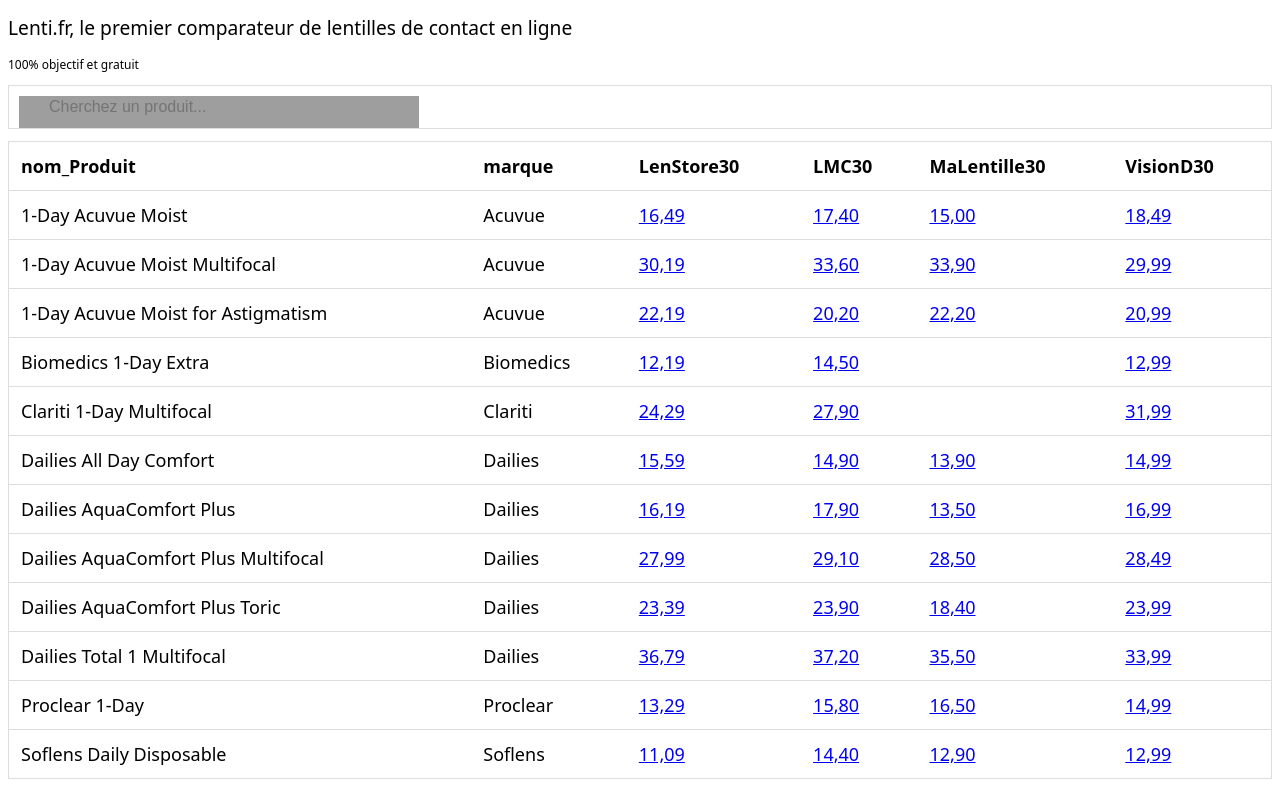
Repository: franklinliot/lenti
Page: indexUltime.html
An editor plug-in stored every save of this project. The page is shown before and after the next save, followed by the edit.
The browser window is 1280 px wide. The pictures show the whole page.
Pictures or frames that could not be fetched are drawn as grey boxes.

Above is the page before, as saved 2021-06-17 16:05:16.

### indexUltime.html
<!DOCTYPE html>
<html>
  <head>
    <meta name="viewport" content="width=device-width, initial-scale=1" />
    <style>
      * {
        box-sizing: border-box;
      }

      #myInput {
        background-image: url("/css/searchicon.png");
        background-position: 10px 10px;
        background-repeat: no-repeat;
        width: 100%;
        font-size: 16px;
        padding: 12px 20px 12px 40px;
        border: 1px solid #ddd;
        margin-bottom: 12px;
      }

      #myTable {
        border-collapse: collapse;
        width: 100%;
        border: 1px solid #ddd;
        font-size: 18px;
      }

      #myTable th,
      #myTable td {
        text-align: left;
        padding: 12px;
      }

      #myTable tr {
        border-bottom: 1px solid #ddd;
      }

      #myTable tr.header,
      #myTable tr:hover {
        background-color: #f1f1f1;
      }

      body {
        font-family: "sans", Arial, sans-serif;
        font-size: 75%;
      }

      h2 {
        color: var(--heading-color);
        font-size: 1.6em;
        font-weight: normal;
        line-height: 1.25em;
        margin-bottom: 16px;
      }
    </style>
    <script>
      window.onload = function () {
        function a(a, b) {
          var c = /^(?:file):/,
            d = new XMLHttpRequest(),
            e = 0;
          d.onreadystatechange = function () {
            4 == d.readyState && (e = d.status),
              c.test(location.href) && d.responseText && (e = 200),
              4 == d.readyState && 200 == e && (a.outerHTML = d.responseText);
          };
          try {
            d.open("GET", b, !0), d.send();
          } catch (f) {}
        }
        var b,
          c = document.getElementsByTagName("*");
        for (b in c)
          c[b].hasAttribute &&
            c[b].hasAttribute("data-include") &&
            a(c[b], c[b].getAttribute("data-include"));
      };
    </script>
    <script>
      const getCellValue = (tr, idx) =>
        tr.children[idx].innerText || tr.children[idx].textContent;

      const comparer = (idx, asc) => (a, b) =>
        ((v1, v2) =>
          v1 !== "" && v2 !== "" && !isNaN(v1) && !isNaN(v2)
            ? v1 - v2
            : v1.toString().localeCompare(v2))(
          getCellValue(asc ? a : b, idx),
          getCellValue(asc ? b : a, idx)
        );

      // do the work...
      document.querySelectorAll("th").forEach((th) =>
        th.addEventListener("click", () => {
          const table = th.closest("table");
          Array.from(table.querySelectorAll("tr:nth-child(n+2)"))
            .sort(
              comparer(
                Array.from(th.parentNode.children).indexOf(th),
                (this.asc = !this.asc)
              )
            )
            .forEach((tr) => table.appendChild(tr));
        })
      );
    </script>
  </head>
  <body>
    <h2>Lenti.fr, le premier comparateur de lentilles de contact en ligne</h2>
    <p>100% objectif et gratuit</p>

    <input
      type="text"
      id="myInput"
      onkeyup="myFunction()"
      placeholder="Cherchez un produit..."
      title="Entrez un produit"
    />

    <div data-include="data/ultime/ultime.html"></div>
    <script>
      function myFunction() {
        var input, filter, table, tr, td, i, txtValue;
        input = document.getElementById("myInput");
        filter = input.value.toUpperCase();
        table = document.getElementById("myTable");
        tr = table.getElementsByTagName("tr");
        for (i = 0; i < tr.length; i++) {
          td = tr[i].getElementsByTagName("td")[0];
          if (td) {
            txtValue = td.textContent || td.innerText;
            if (txtValue.toUpperCase().indexOf(filter) > -1) {
              tr[i].style.display = "";
            } else {
              tr[i].style.display = "none";
            }
          }
        }
      }
    </script>
  </body>
</html>

### data/ultime/ultime.html
<table id="myTable">
    <thead><tr><th title="Field #1">nom_Produit</th>
    <th title="Field #2">marque</th>
    <th title="Field #3">LenStore30</th>
    <th title="Field #4">LMC30</th>
    <th title="Field #5">MaLentille30</th>
    <th title="Field #6">VisionD30</th>
    </tr></thead>
    <tbody><tr>
    <td>1-Day Acuvue Moist</td>
    <td>Acuvue</td>
    <td><a href="https://www.lenstore.fr/lentilles-de-contact/p13/1-day-acuvue-moist" rel="noopener noreferrer" target="_blank"><span class="u-price">16,49</span></a></td>
    <td><a href="https://www.lentillesmoinscheres.com/lentilles-de-contact/journalieres/lentilles-1-day-acuvue-moist-30.html" rel="noopener noreferrer" target="_blank">17,40</a></td>
    <td><a href="https://www.malentille.com/lentilles-de-contact-22/121-1-day-acuvue-moist-30.html" rel="noopener noreferrer" target="_blank">15,00</a></td>
    <td><a href="https://www.visiondirect.fr/1-day-acuvue-moist" rel="noopener noreferrer" target="_blank">18,49</a></td>
    </tr>
    <tr>
    <td>1-Day Acuvue Moist Multifocal</td>
    <td>Acuvue</td>
    <td><a href="https://www.lenstore.fr/lentilles-de-contact/p250/1-day-acuvue-moist-multifocal" rel="noopener noreferrer" target="_blank"><span class="u-price">30,19</span></a></td>
    <td><a href="https://www.lentillesmoinscheres.com/lentilles-de-contact/journalieres/lentilles-1-day-acuvue-moist-multifocal-30.html" rel="noopener noreferrer" target="_blank">33,60</a></td>
    <td><a href="https://www.malentille.com/lentilles-de-contact-22/267-1-day-acuvue-moist-multifocal-30.html" rel="noopener noreferrer" target="_blank">33,90</a></td>
    <td><a href="https://www.visiondirect.fr/1-day-acuvue-moist-multifocal" rel="noopener noreferrer" target="_blank">29,99</a></td>
    </tr>
    <tr>
    <td>1-Day Acuvue Moist for Astigmatism</td>
    <td>Acuvue</td>
    <td><a href="https://www.lenstore.fr/lentilles-de-contact/p106/1-day-acuvue-moist-for-astigmatism" rel="noopener noreferrer" target="_blank"><span class="u-price">22,19</span></a></td>
    <td><a href="https://www.lentillesmoinscheres.com/lentilles-de-contact/journalieres/lentilles-1-day-acuvue-moist-for-astigmatism-30.html" rel="noopener noreferrer" target="_blank">20,20</a></td>
    <td><a href="https://www.malentille.com/lentilles-de-contact-22/225-1-day-acuvue-moist-for-astigmatism.html" rel="noopener noreferrer" target="_blank">22,20</a></td>
    <td><a href="https://www.visiondirect.fr/1-day-acuvue-moist-for-astigmatism" rel="noopener noreferrer" target="_blank">20,99</a></td>
    </tr>
    <tr>
    <td>Biomedics 1-Day Extra</td>
    <td>Biomedics</td>
    <td><a href="https://www.lenstore.fr/lentilles-de-contact/p200/biomedics-1-day-extra" rel="noopener noreferrer" target="_blank"><span class="u-price">12,19</span></a></td>
    <td><a href="https://www.lentillesmoinscheres.com/lentilles-de-contact/journalieres/lentilles-biomedics-1-day-extra-30.html" rel="noopener noreferrer" target="_blank">14,50</a></td>
    <td> </td>
    <td><a href="https://www.visiondirect.fr/biomedics-1-day-extra" rel="noopener noreferrer" target="_blank">12,99</a></td>
    </tr>
    <tr>
    <td>Clariti 1-Day Multifocal</td>
    <td>Clariti</td>
    <td><a href="https://www.lenstore.fr/lentilles-de-contact/p217/clariti-1-day-multifocal" rel="noopener noreferrer" target="_blank"><span class="u-price">24,29</span></a></td>
    <td><a href="https://www.lentillesmoinscheres.com/lentilles-de-contact/journalieres/lentilles-clariti-1-day-multifocal-30.html" rel="noopener noreferrer" target="_blank">27,90</a></td>
    <td> </td>
    <td><a href="https://www.visiondirect.fr/clariti-1-day-multifocal" rel="noopener noreferrer" target="_blank">31,99</a></td>
    </tr>
    <tr>
    <td>Dailies All Day Comfort</td>
    <td>Dailies</td>
    <td><a href="https://www.lenstore.fr/lentilles-de-contact/p8/focus-dailies-all-day-comfort" rel="noopener noreferrer" target="_blank"><span class="u-price">15,59</span></a></td>
    <td><a href="https://www.lentillesmoinscheres.com/lentilles-de-contact/journalieres/lentilles-dailies-all-day-comfort-30.html" rel="noopener noreferrer" target="_blank">14,90</a></td>
    <td><a href="https://www.malentille.com/lentilles-de-contact-22/108-dailies-all-day-comfort-30-0630175475947.html" rel="noopener noreferrer" target="_blank">13,90</a></td>
    <td><a href="https://www.visiondirect.fr/focus-dailies-all-day-comfort" rel="noopener noreferrer" target="_blank">14,99</a></td>
    </tr>
    <tr>
    <td>Dailies AquaComfort Plus</td>
    <td>Dailies</td>
    <td><a href="https://www.lenstore.fr/lentilles-de-contact/p5/dailies-aquacomfort-plus" rel="noopener noreferrer" target="_blank"><span class="u-price">16,19</span></a></td>
    <td><a href="https://www.lentillesmoinscheres.com/lentilles-de-contact/journalieres/lentilles-dailies-aquacomfort-plus-30.html" rel="noopener noreferrer" target="_blank">17,90</a></td>
    <td><a href="https://www.malentille.com/lentilles-de-contact-22/183-dailies-aquacomfort-plus-30.html" rel="noopener noreferrer" target="_blank">13,50</a></td>
    <td><a href="https://www.visiondirect.fr/dailies-aquacomfort-plus" rel="noopener noreferrer" target="_blank">16,99</a></td>
    </tr>
    <tr>
    <td>Dailies AquaComfort Plus Multifocal</td>
    <td>Dailies</td>
    <td><a href="https://www.lenstore.fr/lentilles-de-contact/p234/dailies-aquacomfort-plus-multifocal" rel="noopener noreferrer" target="_blank"><span class="u-price">27,99</span></a></td>
    <td><a href="https://www.lentillesmoinscheres.com/lentilles-de-contact/journalieres/lentilles-dailies-aquacomfort-plus-multifocal-30.html" rel="noopener noreferrer" target="_blank">29,10</a></td>
    <td><a href="https://www.malentille.com/lentilles-de-contact-22/255-dailies-aquacomfort-plus-multifocal.html" rel="noopener noreferrer" target="_blank">28,50</a></td>
    <td><a href="https://www.visiondirect.fr/dailies-aquacomfort-plus-multifocal" rel="noopener noreferrer" target="_blank">28,49</a></td>
    </tr>
    <tr>
    <td>Dailies AquaComfort Plus Toric</td>
    <td>Dailies</td>
    <td><a href="https://www.lenstore.fr/lentilles-de-contact/p233/dailies-aquacomfort-plus-toric" rel="noopener noreferrer" target="_blank"><span class="u-price">23,39</span></a></td>
    <td><a href="https://www.lentillesmoinscheres.com/lentilles-de-contact/journalieres/lentilles-dailies-aquacomfort-plus-toric-30.html" rel="noopener noreferrer" target="_blank">23,90</a></td>
    <td><a href="https://www.malentille.com/lentilles-de-contact-22/268-dailies-aquacomfort-plus-toric-30-lentiles.html" rel="noopener noreferrer" target="_blank">18,40</a></td>
    <td><a href="https://www.visiondirect.fr/dailies-aquacomfort-plus-toric" rel="noopener noreferrer" target="_blank">23,99</a></td>
    </tr>
    <tr>
    <td>Dailies Total 1 Multifocal</td>
    <td>Dailies</td>
    <td><a href="https://www.lenstore.fr/lentilles-de-contact/p457/dailies-total-1-multifocal" rel="noopener noreferrer" target="_blank"><span class="u-price">36,79</span></a></td>
    <td><a href="https://www.lentillesmoinscheres.com/lentilles-de-contact/journalieres/lentilles-dailies-total-1-multifocal-30.html" rel="noopener noreferrer" target="_blank">37,20</a></td>
    <td><a href="https://www.malentille.com/lentilles-de-contact-22/346-dailies-total-1-multifocal-30-lentille-0846566846375.html" rel="noopener noreferrer" target="_blank">35,50</a></td>
    <td><a href="https://www.visiondirect.fr/dailies-total-1-multifocal" rel="noopener noreferrer" target="_blank">33,99</a></td>
    </tr>
    <tr>
    <td>Proclear 1-Day</td>
    <td>Proclear</td>
    <td><a href="https://www.lenstore.fr/lentilles-de-contact/p60/proclear-1-day" rel="noopener noreferrer" target="_blank"><span class="u-price">13,29</span></a></td>
    <td><a href="https://www.lentillesmoinscheres.com/lentilles-de-contact/journalieres/lentilles-proclear-1-day-30.html" rel="noopener noreferrer" target="_blank">15,80</a></td>
    <td><a href="https://www.malentille.com/lentilles-de-contact-22/188-proclear-1-day-30.html" rel="noopener noreferrer" target="_blank">16,50</a></td>
    <td><a href="https://www.visiondirect.fr/proclear-1-day" rel="noopener noreferrer" target="_blank">14,99</a></td>
    </tr>
    <tr>
    <td>Soflens Daily Disposable</td>
    <td>Soflens</td>
    <td><a href="https://www.lenstore.fr/lentilles-de-contact/p1/soflens-daily-disposable" rel="noopener noreferrer" target="_blank"><span class="u-price">11,09</span></a></td>
    <td><a href="https://www.lentillesmoinscheres.com/lentilles-de-contact/journalieres/lentilles-soflens-daily-disposable-30.html" rel="noopener noreferrer" target="_blank">14,40</a></td>
    <td><a href="https://www.malentille.com/lentilles-de-contact-22/107-soflens-daily-disposable-30-0785810728497.html" rel="noopener noreferrer" target="_blank">12,90</a></td>
    <td><a href="https://www.visiondirect.fr/soflens-daily-disposable" rel="noopener noreferrer" target="_blank">12,99</a></td>
    </tr>
    </tbody></table>

After the next save:
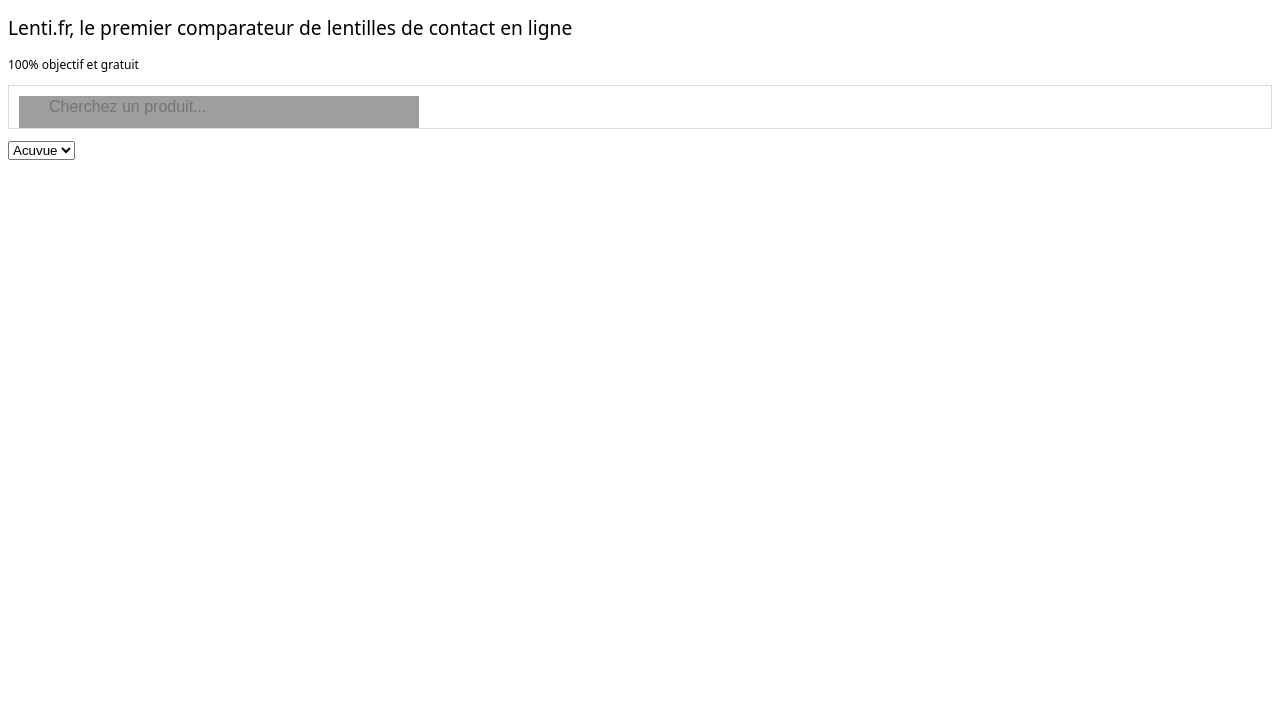
Console error: SyntaxError: Unexpected identifier 'id'
Saved 5 min 8 s later.
--- a/indexUltime.html
+++ b/indexUltime.html
@@ -72,7 +72,12 @@
           c = document.getElementsByTagName("*");
         for (b in c)
           c[b].hasAttribute &&
-            c[b].hasAttribute("data-include") &&
+            c[b].hasAttribu<select id="countriesDropdown" oninput="filterTable()">
+  <option>All</option>
+  <option>Sweden</option>
+  <option>Germany</option>
+</select>
+te("data-include") &&
             a(c[b], c[b].getAttribute("data-include"));
       };
     </script>
@@ -116,6 +121,12 @@
       placeholder="Cherchez un produit..."
       title="Entrez un produit"
     />
+    <select id="countriesDropdown" oninput="filterTable()">
+      <option>Acuvue</option>
+      <option>Dailies</option>
+      <option>Clariti</option>
+    </select>
+
 
     <div data-include="data/ultime/ultime.html"></div>
     <script>
@@ -138,5 +149,29 @@
         }
       }
     </script>
+
+    <script>
+      function filterTable() {
+  // Variables
+  let dropdown, table, rows, cells, country, filter;
+  dropdown = document.getElementById("countriesDropdown");
+  table = document.getElementById("myTable");
+  rows = table.getElementsByTagName("tr");
+  filter = dropdown.value;
+
+  // Loops through rows and hides those with countries that don't match the filter
+  for (let row of rows) { // `for...of` loops through the NodeList
+    cells = row.getElementsByTagName("td");
+    country = cells[1] || null; // gets the 2nd `td` or nothing
+    // if the filter is set to 'All', or this is the header row, or 2nd `td` text matches filter
+    if (filter === "All" || !country || (filter === country.textContent)) {
+      row.style.display = ""; // shows this row
+    }
+    else {
+      row.style.display = "none"; // hides this row
+    }
+  }
+}
+    </script>
   </body>
 </html>

After the save that followed:
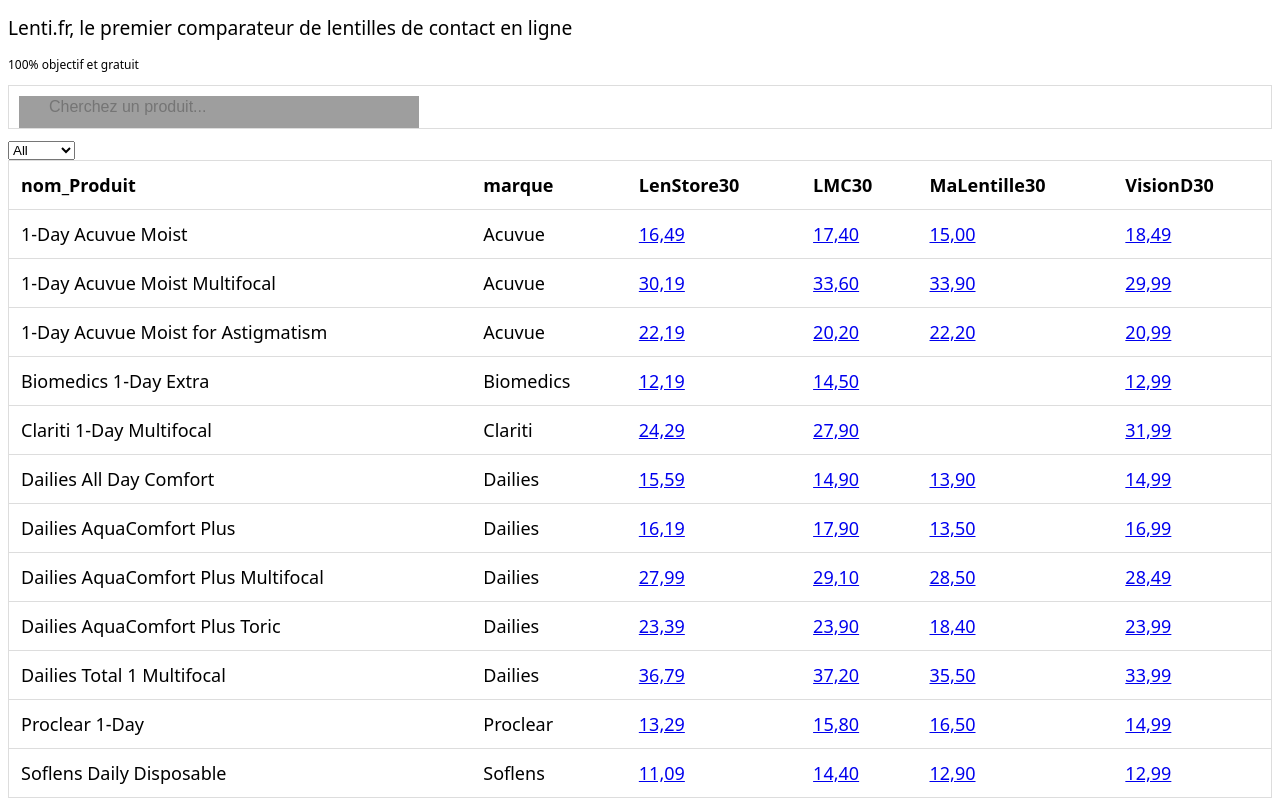
The error is gone.
Saved 2 min 16 s later.
--- a/indexUltime.html
+++ b/indexUltime.html
@@ -72,12 +72,7 @@
           c = document.getElementsByTagName("*");
         for (b in c)
           c[b].hasAttribute &&
-            c[b].hasAttribu<select id="countriesDropdown" oninput="filterTable()">
-  <option>All</option>
-  <option>Sweden</option>
-  <option>Germany</option>
-</select>
-te("data-include") &&
+            c[b].hasAttribute("data-include") &&
             a(c[b], c[b].getAttribute("data-include"));
       };
     </script>
@@ -121,12 +116,12 @@
       placeholder="Cherchez un produit..."
       title="Entrez un produit"
     />
+
     <select id="countriesDropdown" oninput="filterTable()">
+      <option>All</option>
       <option>Acuvue</option>
       <option>Dailies</option>
-      <option>Clariti</option>
     </select>
-
 
     <div data-include="data/ultime/ultime.html"></div>
     <script>
@@ -152,26 +147,26 @@
 
     <script>
       function filterTable() {
-  // Variables
-  let dropdown, table, rows, cells, country, filter;
-  dropdown = document.getElementById("countriesDropdown");
-  table = document.getElementById("myTable");
-  rows = table.getElementsByTagName("tr");
-  filter = dropdown.value;
+        // Variables
+        let dropdown, table, rows, cells, country, filter;
+        dropdown = document.getElementById("countriesDropdown");
+        table = document.getElementById("myTable");
+        rows = table.getElementsByTagName("tr");
+        filter = dropdown.value;
 
-  // Loops through rows and hides those with countries that don't match the filter
-  for (let row of rows) { // `for...of` loops through the NodeList
-    cells = row.getElementsByTagName("td");
-    country = cells[1] || null; // gets the 2nd `td` or nothing
-    // if the filter is set to 'All', or this is the header row, or 2nd `td` text matches filter
-    if (filter === "All" || !country || (filter === country.textContent)) {
-      row.style.display = ""; // shows this row
-    }
-    else {
-      row.style.display = "none"; // hides this row
-    }
-  }
-}
+        // Loops through rows and hides those with countries that don't match the filter
+        for (let row of rows) {
+          // `for...of` loops through the NodeList
+          cells = row.getElementsByTagName("td");
+          country = cells[1] || null; // gets the 2nd `td` or nothing
+          // if the filter is set to 'All', or this is the header row, or 2nd `td` text matches filter
+          if (filter === "All" || !country || filter === country.textContent) {
+            row.style.display = ""; // shows this row
+          } else {
+            row.style.display = "none"; // hides this row
+          }
+        }
+      }
     </script>
   </body>
 </html>
